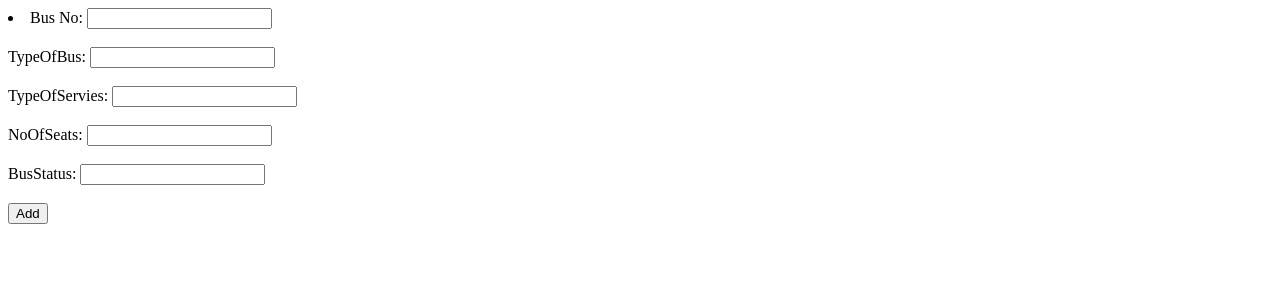
Repository: gummabhargavi/DynWebEjBPoject-AND-server
Page: DynWebEjbBusProject/WebContent/AddBus.html
An editor plug-in stored every save of this project. The page is shown before and after the next save, followed by the edit.
The browser window is 1280 px wide. The pictures show the whole page.

Above is the page before, as saved 2022-12-07 12:17:33.

After the next save:
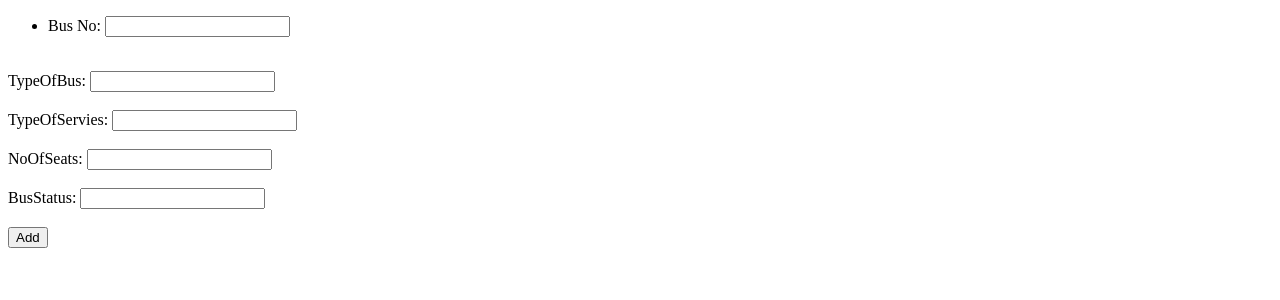
Saved 30 s later.
--- a/DynWebEjbBusProject/WebContent/AddBus.html
+++ b/DynWebEjbBusProject/WebContent/AddBus.html
@@ -6,9 +6,10 @@
 </head>
 <body>
        <form action="AddBusServlet">
+       <ul class="w3-ul">
        <li><i class="fa fa-home"></i>
          Bus No:
-           <input type="text" name="bus_no"><br/><br/></li>
+           <input type="text" name="bus_no"><br/><br/></li></ul>
          TypeOfBus:
            <input type="text" name="type_of_bus"><br/><br/>
          TypeOfServies:
